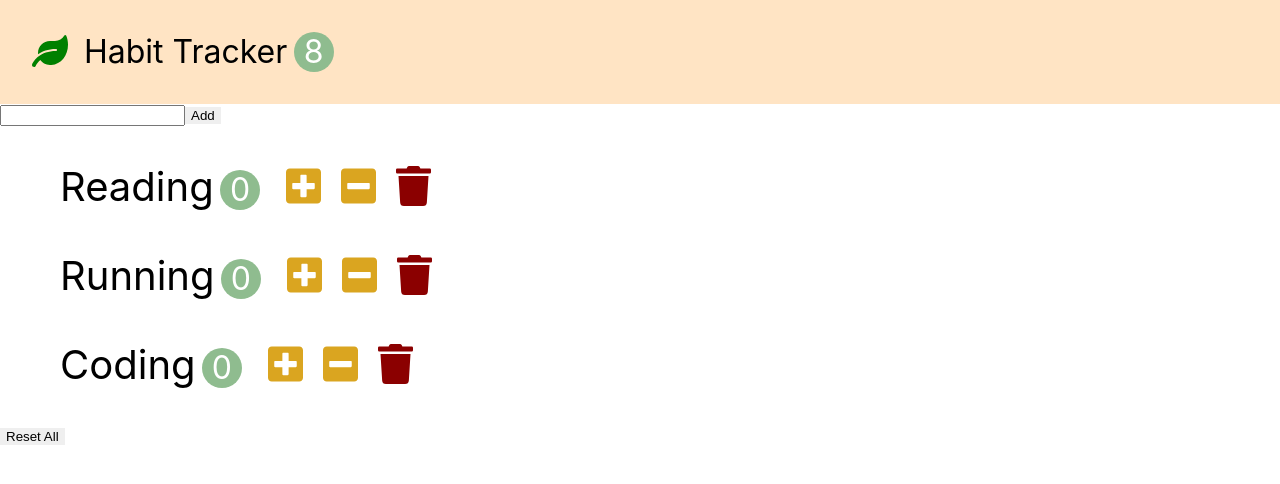
Repository: keehoonjung/react-habit-tracker
Page: / (app in react/habit-tracker/)
The author's editor kept a copy of each file at every save. The page is drawn from the files as they stood at one save, then again after the next save.
The browser window is 1280 px wide. The pictures show the whole page.
The project was rebuilt for these pictures with package versions that can differ from the ones it lists, and the page was loaded fresh each time.

Above is the page before, as saved 2021-08-30 18:31:46.

### react/habit-tracker/public/index.html
<!DOCTYPE html>
<html lang="en">
  <head>
    <meta charset="utf-8" />
    <link rel="icon" href="%PUBLIC_URL%/favicon.ico" />
    <meta name="viewport" content="width=device-width, initial-scale=1" />
    <meta name="theme-color" content="#000000" />
    <meta
      name="description"
      content="Web site created using create-react-app"
    />
    <link rel="apple-touch-icon" href="%PUBLIC_URL%/logo192.png" />
    <title>App</title>
  </head>
  <body>
    <noscript>You need to enable JavaScript to run this app.</noscript>
    <div id="root"></div>
  </body>
</html>

### react/habit-tracker/src/app.jsx
import React, { Component } from "react";
import "./app.css";
import Habits from "./components/habits";

class App extends Component {
  state = {
    count: 0,
  };
  render() {
    return (
      <>
        <nav className="header">
          <i className="fas fa-leaf"></i>
          <span className="header-title">Habit Tracker</span>
          <span className="header-count">8</span>
        </nav>
        <div className="input-container">
          <input type="text" className="input" />
          <button className="habit-input">Add</button>
        </div>
        <Habits />
        <button className="reset-button">Reset All</button>
      </>
    );
  }
}

export default App;

### react/habit-tracker/src/app.css
button {
  outline: none;
  border: 0;
  cursor: pointer;
}

.header {
  background-color: bisque;
  font-size: 2rem;
  padding: 2rem 2rem;
}

.fa-leaf {
  color: green;
  margin-right: 1rem;
}

.header-count {
  display: inline-block;
  text-align: center;
  width: 2.5rem;
  height: 2.5rem;
  line-height: 2.5rem;
  font-size: 2rem;
  margin-left: 0.2em;
  margin-right: 0.5em;
  background-color: darkseagreen;
  color: white;
  border-radius: 50%;
}

.habit {
  font-size: 2.5rem;
  padding: 0.5em;
  list-style: none;
}

.habit-count {
  display: inline-block;
  text-align: center;
  width: 2.5rem;
  height: 2.5rem;
  line-height: 2.5rem;
  font-size: 2rem;
  margin-left: 0.2em;
  margin-right: 0.5em;
  background-color: darkseagreen;
  color: white;
  border-radius: 50%;
}

.habit-button {
  font-size: 2.5rem;
  margin: 0 0.1em;
  background-color: transparent;
}

.habit-button:hover {
  opacity: 0.8;
}

.habit-increase,
.habit-decrease {
  color: goldenrod;
}

.habit-delete {
  color: darkred;
}

### react/habit-tracker/src/components/habits.jsx
import React, { Component } from "react";
import Habit from "./habit";

class Habits extends Component {
  state = {
    habits: [
      { id: 1, name: "Reading", count: 0 },
      { id: 2, name: "Running", count: 0 },
      { id: 3, name: "Coding", count: 0 },
    ],
  };

  handleIncrement = (habit) => {
    const habits = [...this.state.habits];
    const index = habits.indexOf(habit);
    habits[index].count++;
    this.setState({ habits });
  };
  handledecrement = (habit) => {
    const habits = [...this.state.habits];
    const index = habits.indexOf(habit);
    const count = habits[index].count - 1;
    habits[index].count = count < 0 ? 0 : count;
    this.setState({ habits });
  };
  handleDelete = (habit) => {
    const habits = this.state.habits.filter((item) => item.id !== habit.id);
    this.setState({ habits });
  };
  render() {
    return (
      <ul>
        {this.state.habits.map((habit) => (
          <Habit
            key={habit.id}
            habit={habit}
            OnhandleIncrement={this.handleIncrement}
            Onhandledecrement={this.handledecrement}
            OnhandleDelete={this.handleDelete}
          />
        ))}
      </ul>
    );
  }
}

export default Habits;

### react/habit-tracker/src/components/habit.jsx
import React, { Component } from "react";

class Habit extends Component {
  handleIncrement = () => {
    // this.setState({ count: this.state.count + 1 });
    this.props.OnhandleIncrement(this.props.habit);
  };

  handledecrement = () => {
    this.props.Onhandledecrement(this.props.habit);
  };
  handleDelete = () => {
    this.props.OnhandleDelete(this.props.habit);
  };
  render() {
    const { name, count } = this.props.habit;
    return (
      <li className="habit">
        <span className="habit-name">{name}</span>
        <span className="habit-count">{count}</span>
        <button
          className="habit-button habit-increase"
          onClick={this.handleIncrement}
        >
          <i className="fas fa-plus-square"></i>
        </button>
        <button
          className="habit-button habit-decrease"
          onClick={this.handledecrement}
        >
          <i className="fas fa-minus-square"></i>
        </button>
        <button
          className="habit-button habit-delete"
          onClick={this.handleDelete}
        >
          <i className="fas fa-trash"></i>
        </button>
      </li>
    );
  }
}

export default Habit;

Loaded but not shown: react/habit-tracker/src/index.js (common file); react/habit-tracker/src/index.css (common file)

After the next save:
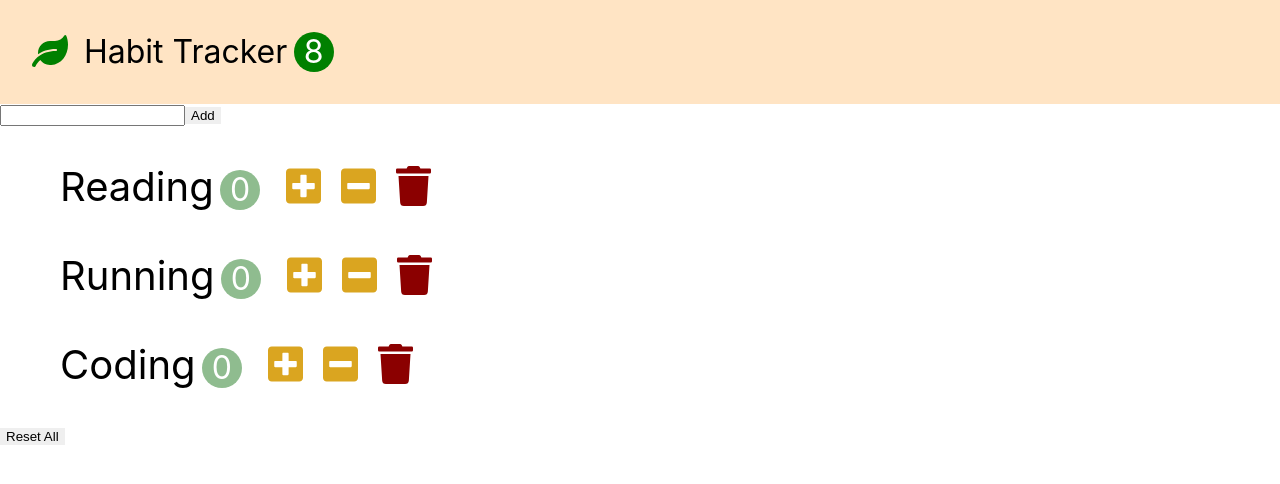
Saved 12 s later.
--- a/react/habit-tracker/src/app.css
+++ b/react/habit-tracker/src/app.css
@@ -24,7 +24,7 @@ button {
   font-size: 2rem;
   margin-left: 0.2em;
   margin-right: 0.5em;
-  background-color: darkseagreen;
+  background-color: green;
   color: white;
   border-radius: 50%;
 }
